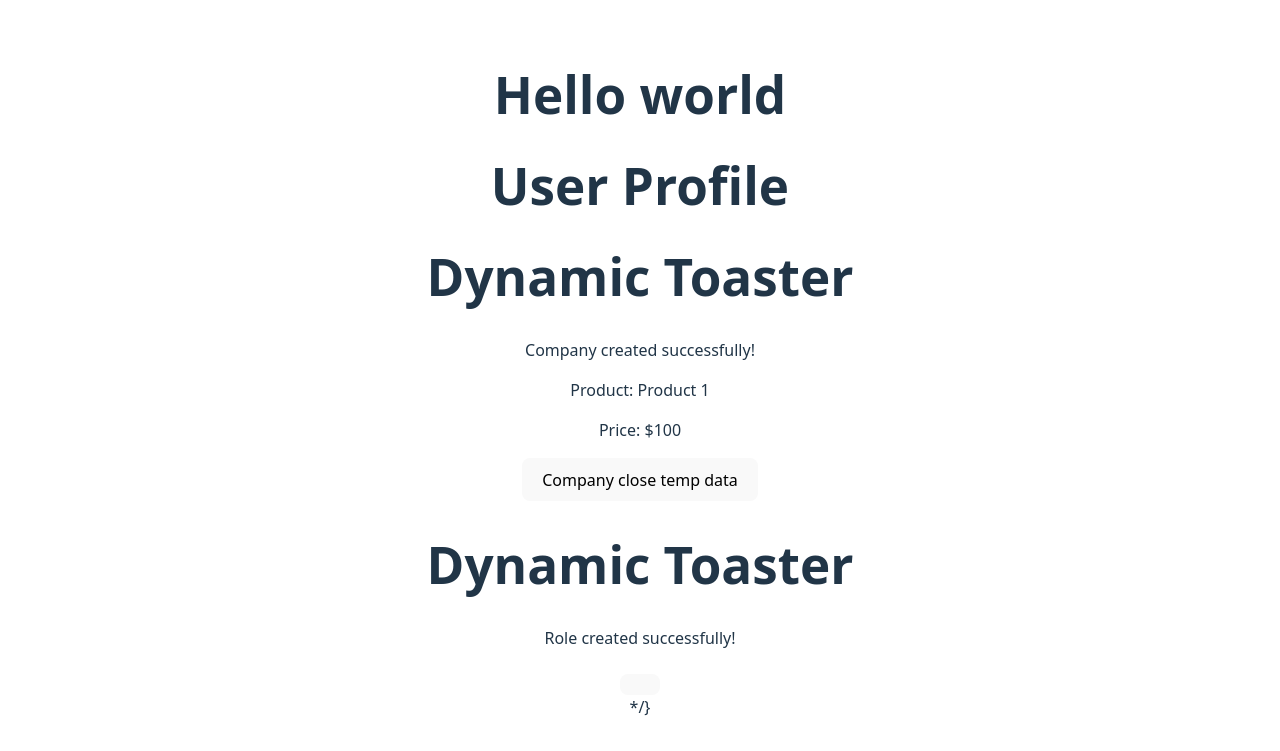
Repository: Janum4444/React-learning
Page: /
The author's editor kept a copy of each file at every save. The page is drawn from the files as they stood at one save, then again after the next save.
The browser window is 1280 px wide. The pictures show the whole page.
The project was rebuilt for these pictures with package versions that can differ from the ones it lists, and the page was loaded fresh each time. Also part of the build but not shown: vite.config.js, src/Hello.jsx.

Above is the page before, as saved 2026-02-22 12:41:34.

After the next save:
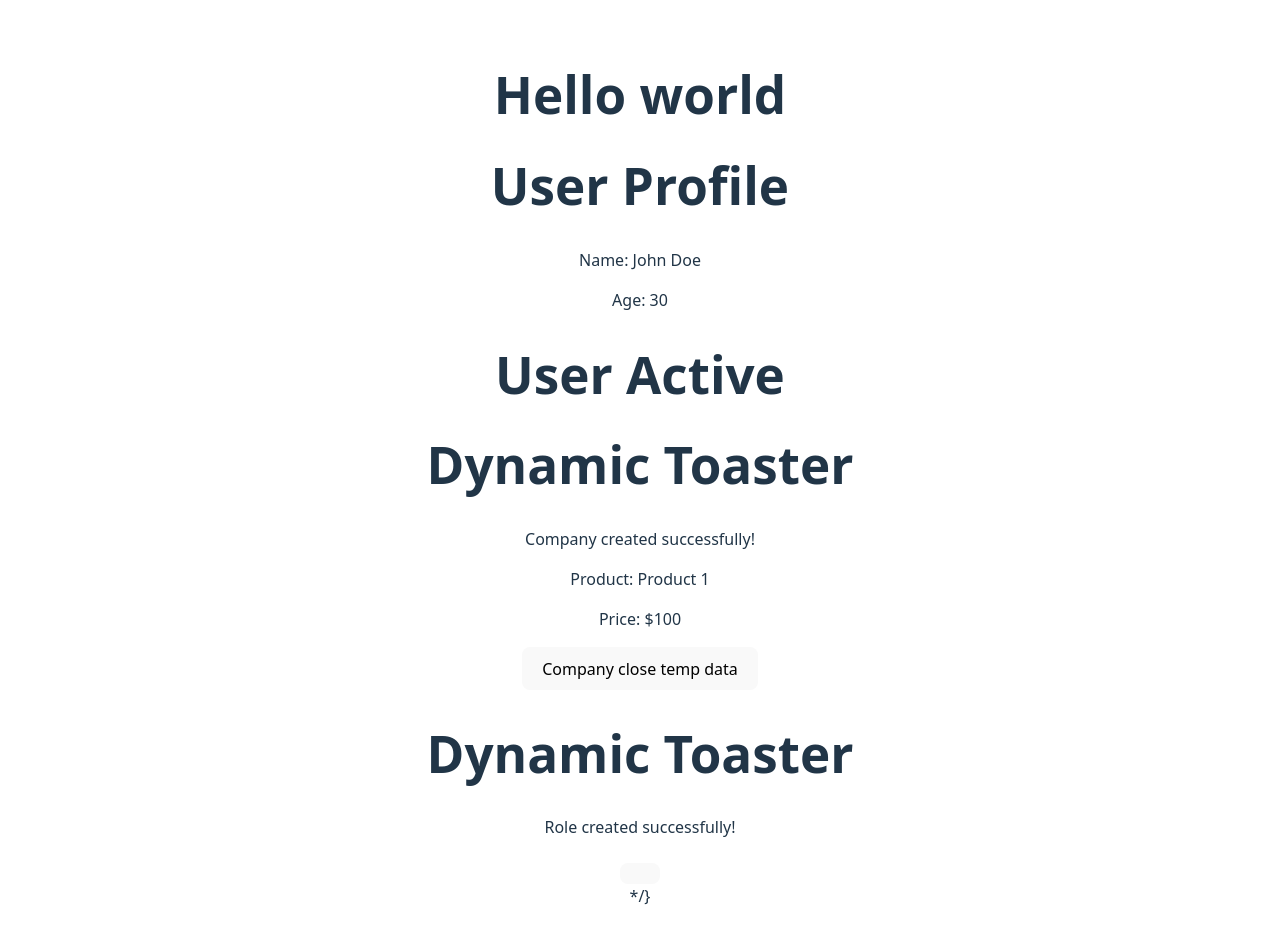
Saved 31 s later.
--- a/src/UserProfile.jsx
+++ b/src/UserProfile.jsx
@@ -4,6 +4,9 @@ export const UserProfile = () => {
     return (
         <div>
             <h1> User Profile </h1>
+            <p>Name: John Doe</p>
+            <p>Age: 30</p>
+            <h1>User Active</h1>
         </div>
     )
 }
